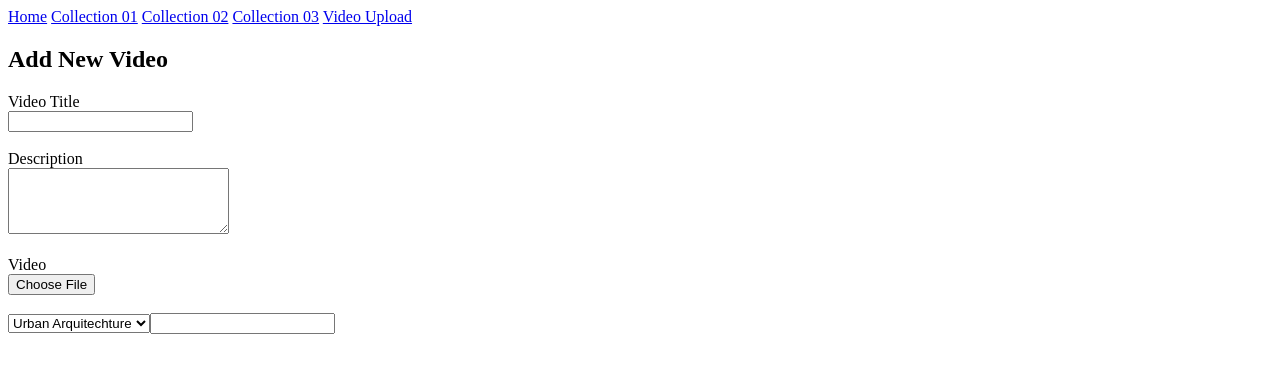
Repository: JoaoLemesDEV/Project-MyTube
Page: video_upload_page.html
These files come from the project's save history. The page is drawn as it stood at one moment and after the next save; the edit follows.
The browser window is 1280 px wide. The pictures show the whole page.

Above is the page before, as saved 2021-10-10 21:28:10.

### video_upload_page.html
<!DOCTYPE html>
<html lang="en">
<head>
  <meta charset="UTF-8">
  <meta http-equiv="X-UA-Compatible" content="IE=edge">
  <meta name="viewport" content="width=device-width, initial-scale=1.0">
  <title>My Ytube Website</title>
</head>
<body>
  <nav>
    <a href="/">Home</a>
    <a href="/collection1.html">Collection 01</a>
    <a href="/collection2.html">Collection 02</a>
    <a href="/collection3.html">Collection 03</a>
    <a href="/video_upload_page.html">Video Upload</a>
  </nav>
<h2>Add New Video</h2>

<label for="title">Video Title</label><br>
<input type="text" name="" id=""><br><br>
<label for="description">Description</label><br>
<textarea name="description" id="descripition" cols="25" rows="4"></textarea><br><br>
<label for="video">Video</label><br>
<input type="button" value="Choose File"><br><br>
<select name="collection" id="">
  <option value="collection">Urban Arquitechture</option>
  <option value="collection">Coding Interviews</option>
  <option value="collection">Japan Aesthetic</option>
<input type="text" name="" id="">
</select>
</body>
<footer></footer>
</html>

After the next save:
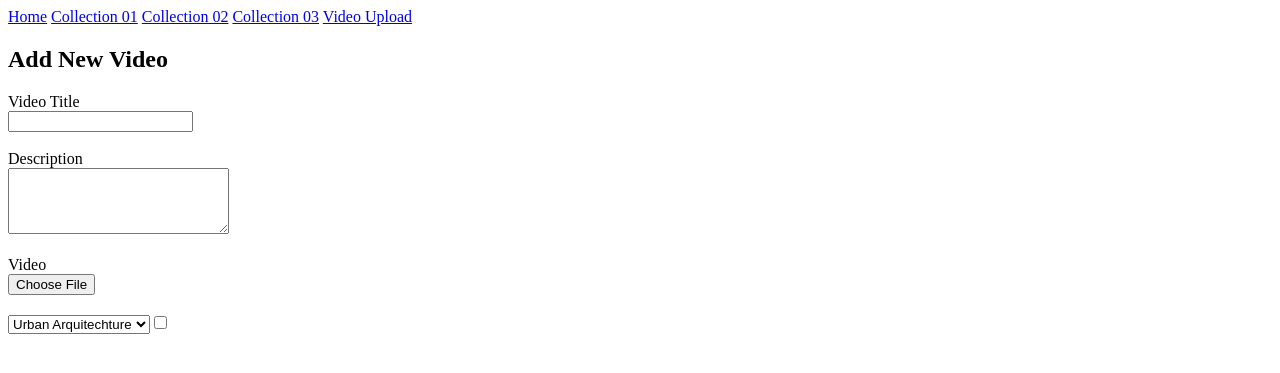
Saved 5 s later.
--- a/video_upload_page.html
+++ b/video_upload_page.html
@@ -26,7 +26,7 @@
   <option value="collection">Urban Arquitechture</option>
   <option value="collection">Coding Interviews</option>
   <option value="collection">Japan Aesthetic</option>
-<input type="text" name="" id="">
+<input type="checkbox" name="" id="">
 </select>
 </body>
 <footer></footer>
